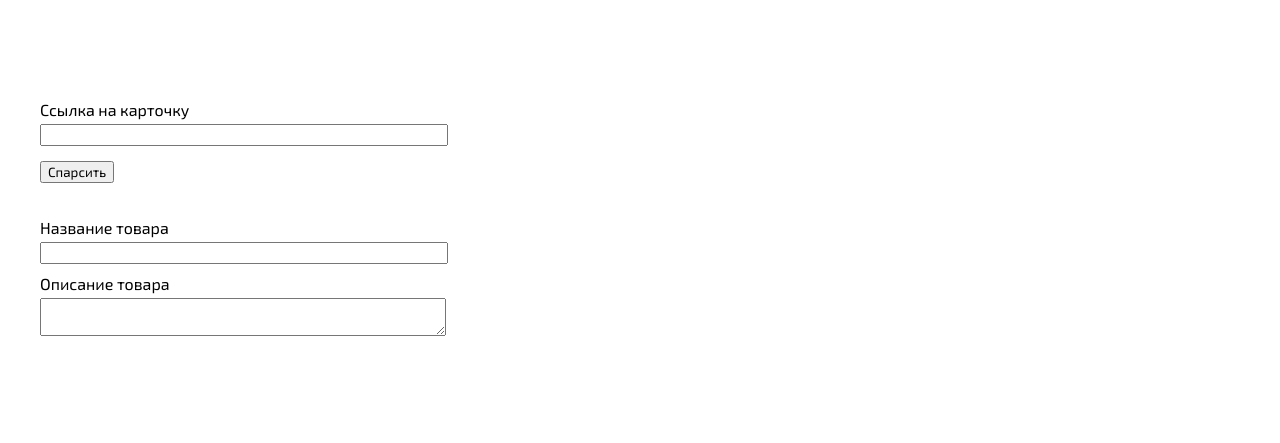
Repository: yozuul/wildberries-product-card-parser-api-exchange
Page: public/index.html
These files come from the project's save history. The page is drawn as it stood at one moment and after the next save; the edit follows.
The browser window is 1280 px wide. The pictures show the whole page.

Above is the page before, as saved 2021-08-18 17:39:57.

After the next save:
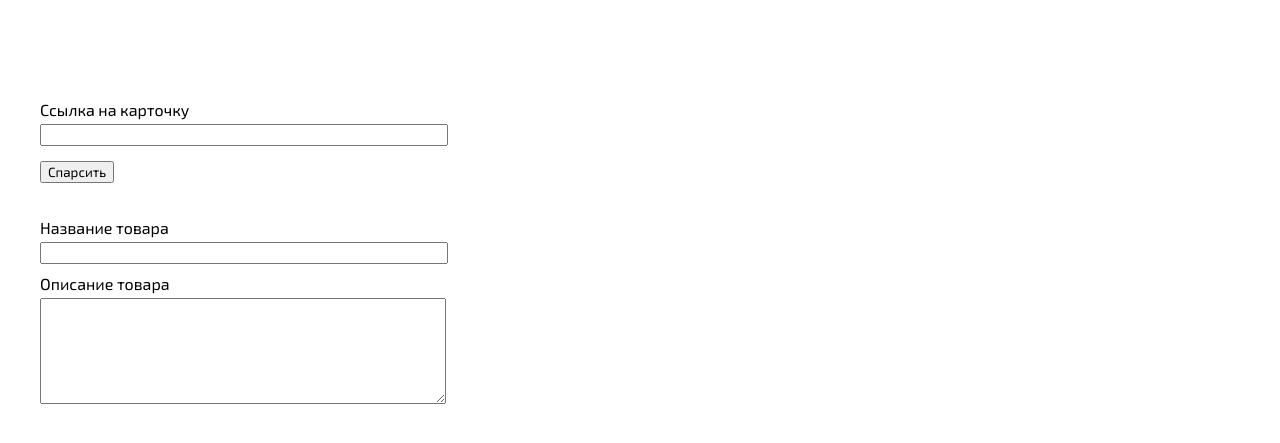
Saved 11 s later.
--- a/public/style.css
+++ b/public/style.css
@@ -28,6 +28,9 @@ body {
 .productForm input, .productForm textarea {
    width: 400px;
 }
+.productForm textarea {
+   height: 100px;
+}
 .formWrapper p {
    margin-bottom: 5px;
    margin-top: 0;
